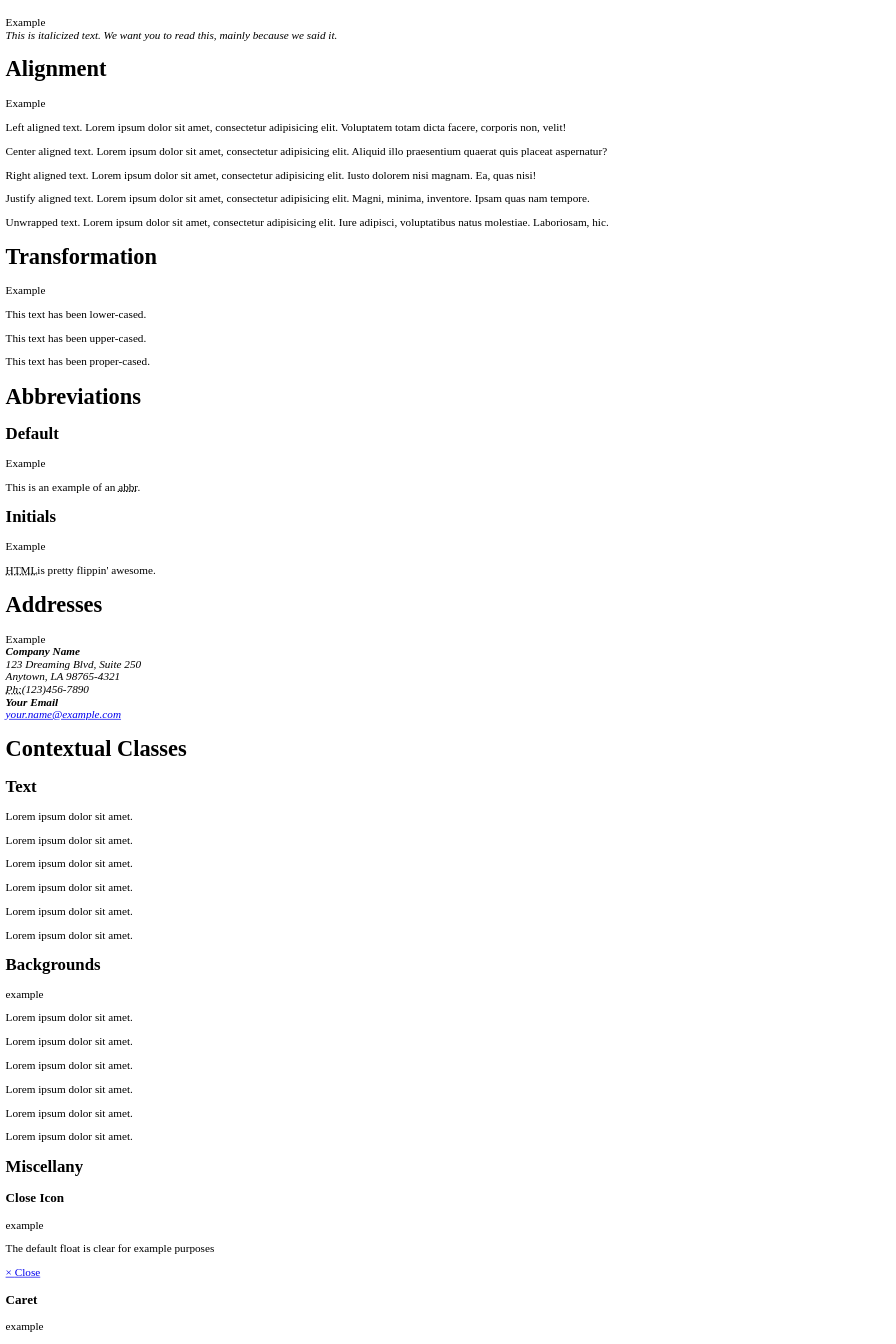
Repository: sympolinc/silk
Page: http://localhost/views/typography.php
The author's editor kept a record of every edit. The page is drawn from the files as they stood at one moment, then again after the next edit.
The browser window is 1280 px wide. The pictures show the part of the page from y = 1260 to 3180 px (the page is 3180 px tall before and 2909 px after), at 70% of full size.
The page is run by PHP 8.4 with error messages shown; the project is at /var/www/html/.

Above is the page before.

After the next edit:
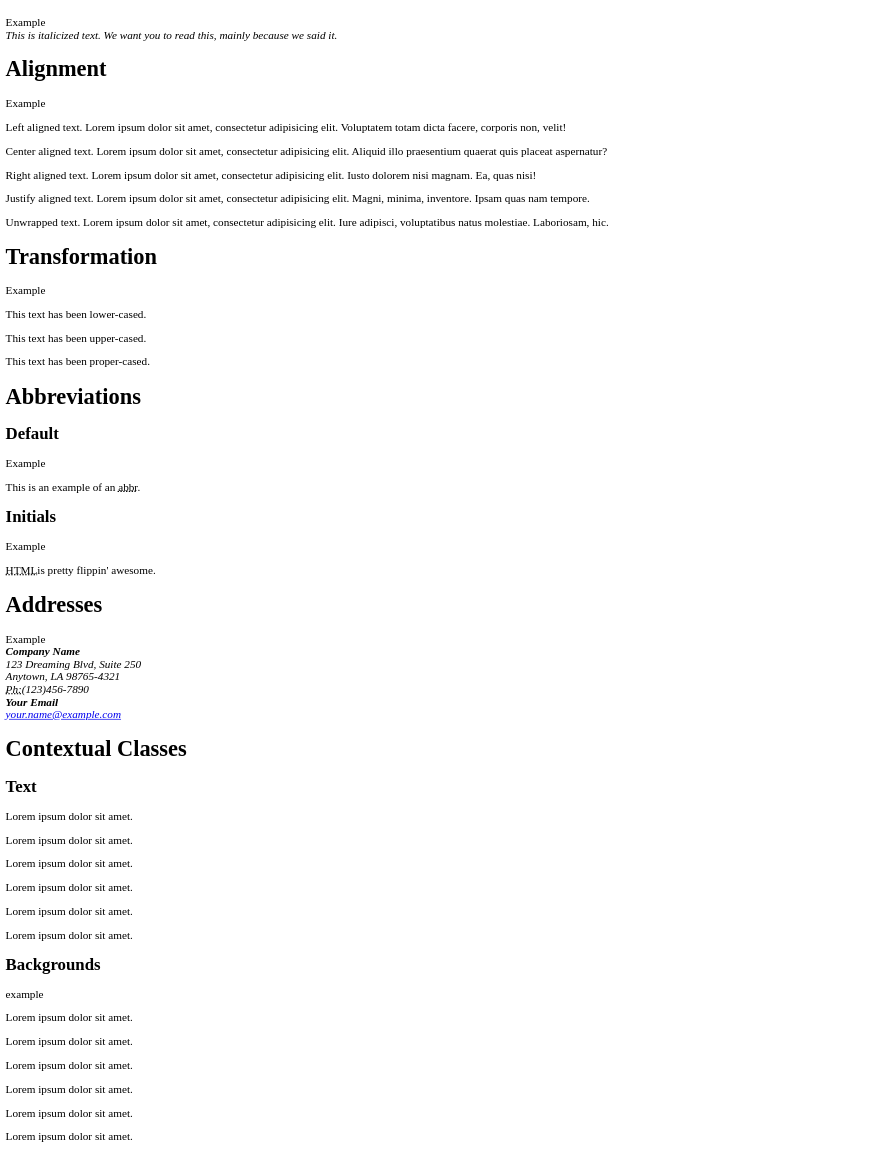
The edit:
--- a/views/typography.php
+++ b/views/typography.php
@@ -165,55 +165,30 @@
 <div class="section">
     <h1>Contextual Classes</h1>
     <div class="section">
-      <h2>Text</h2>
-      <div class="silk-example">
-        <div data-example>
-          <p class="text-primary"> Lorem ipsum dolor sit amet.</p>
-          <p class="text-info">Lorem ipsum dolor sit amet.</p>
-          <p class="text-success">Lorem ipsum dolor sit amet.</p>
-          <p class="text-warning">Lorem ipsum dolor sit amet.</p>
-          <p class="text-error">Lorem ipsum dolor sit amet.</p>
-          <p class="text-muted">Lorem ipsum dolor sit amet.</p>
+        <h2>Text</h2>
+        <div class="silk-example">
+            <div data-example>
+                <p class="text-primary">Lorem ipsum dolor sit amet.</p>
+                <p class="text-info">Lorem ipsum dolor sit amet.</p>
+                <p class="text-success">Lorem ipsum dolor sit amet.</p>
+                <p class="text-warning">Lorem ipsum dolor sit amet.</p>
+                <p class="text-error">Lorem ipsum dolor sit amet.</p>
+                <p class="text-muted">Lorem ipsum dolor sit amet.</p>
+            </div>
         </div>
-      </div>
     </div>
     <div class="section">
-      <h2>Backgrounds</h2>
-      <div class="silk-example"><span class="lang">example</span>
-        <div data-example>
-          <p class="primary"> Lorem ipsum dolor sit amet.</p>
-          <p class="info">Lorem ipsum dolor sit amet.</p>
-          <p class="success">Lorem ipsum dolor sit amet.</p>
-          <p class="warning">Lorem ipsum dolor sit amet.</p>
-          <p class="error">Lorem ipsum dolor sit amet.</p>
-          <p class="muted">Lorem ipsum dolor sit amet.</p>
+        <h2>Backgrounds</h2>
+        <div class="silk-example">
+            <span class="lang">example</span>
+            <div data-example>
+                <p class="primary">Lorem ipsum dolor sit amet.</p>
+                <p class="info">Lorem ipsum dolor sit amet.</p>
+                <p class="success">Lorem ipsum dolor sit amet.</p>
+                <p class="warning">Lorem ipsum dolor sit amet.</p>
+                <p class="error">Lorem ipsum dolor sit amet.</p>
+                <p class="muted">Lorem ipsum dolor sit amet.</p>
+            </div>
         </div>
-      </div>
     </div>
-  </div>
-  <div class="section">
-    <h2>Miscellany</h2>
-    <div class="section">
-      <h3>Close Icon</h3>
-      <div class="silk-example"><span class="lang">example</span>
-        <p>The default float is clear for example purposes</p>
-        <div data-example>
-          <p><a href="#" style="float:none;" class="close">&times; <span class="sr">Close</span></a></p>
-        </div>
-      </div>
-    </div>
-    <div class="section">
-      <h3>Caret</h3>
-      <div class="silk-example"><span class="lang">example</span>
-        <div data-example>
-          <div>
-            <p><span class="caret-n"></span></p>
-            <p><span class="caret-e"></span></p>
-            <p><span class="caret-s"></span></p>
-            <p><span class="caret-w"></span></p>
-            <p><span class="caret"></span></p>
-          </div>
-        </div>
-      </div>
-    </div>
-  </div>
+</div>
